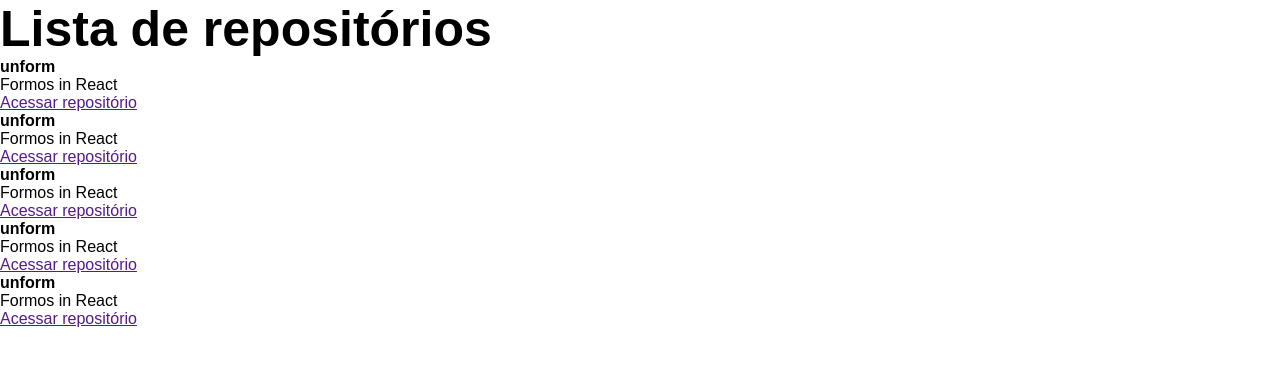
Repository: soualexandre/github-explore
Page: /
The author's editor kept a copy of each file at every save. The page is drawn from the files as they stood at one save, then again after the next save.
The browser window is 1280 px wide. The pictures show the whole page.
The project was rebuilt for these pictures with package versions that can differ from the ones it lists, and the page was loaded fresh each time. Also part of the build but not shown: webpack.config.js.

Above is the page before, as saved 2021-07-09 14:39:37.

### public/index.html
<!DOCTYPE html>
<html lang="en">
<head>
    <meta charset="UTF-8">
    <meta http-equiv="X-UA-Compatible" content="IE=edge">
    <meta name="viewport" content="width=device-width, initial-scale=1.0">
    <title>Github Explore</title>
</head>
<body>
    <div id="root"></div>
    <script src="../dist/bundle.js"></script>
</body>
</html>

### src/index.jsx
import {render} from 'react-dom'
import {App} from './App'
render(
    <App/>,
     document.getElementById("root"))

### src/App.jsx
import React from 'react'
import './atyles/global.scss'
import { RepositoryList } from './components/RepositoryList'

export function App(){
    return <RepositoryList/>
}

### src/atyles/global.scss
*{
    margin: 0;
    padding: 0;
    box-sizing: border-box;
}
body{
    font-family: Arial, Helvetica, sans-serif;
    h1{
        font-size: 50PX;
    }
}

### src/components/RepositoryList.jsx
export function RepositoryList() {
    return (
        <section>
            <h1>Lista de repositórios</h1>
            <ul>
                <li >
                    <strong>unform</strong>
                    <p>Formos in React</p>
                    <a href="">
                        Acessar repositório
                    </a>
                </li>
                <li >
                    <strong>unform</strong>
                    <p>Formos in React</p>
                    <a href="">
                        Acessar repositório
                    </a>
                </li>
                <li >
                    <strong>unform</strong>
                    <p>Formos in React</p>
                    <a href="">
                        Acessar repositório
                    </a>
                </li>
                <li >
                    <strong>unform</strong>
                    <p>Formos in React</p>
                    <a href="">
                        Acessar repositório
                    </a>
                </li>
                <li >
                    <strong>unform</strong>
                    <p>Formos in React</p>
                    <a href="">
                        Acessar repositório
                    </a>
                </li>
            </ul>
        </section>
    );
}

After the next save:
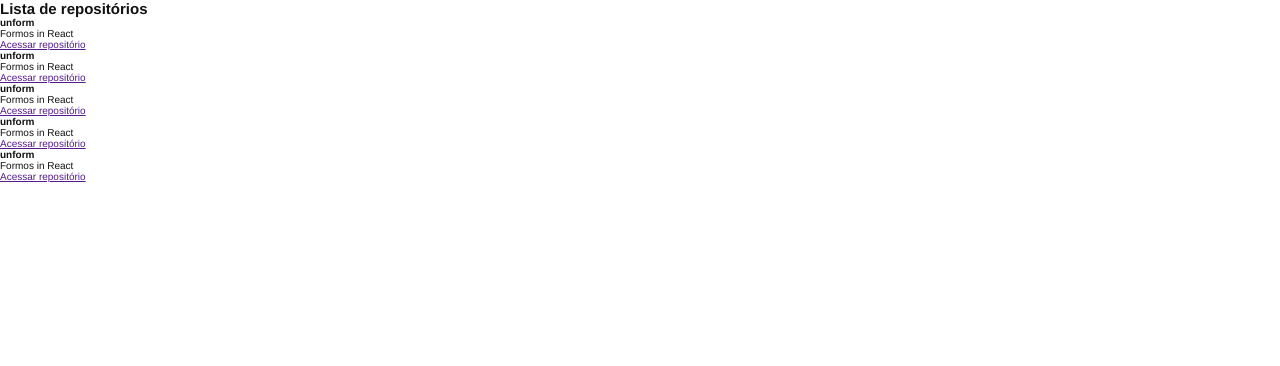
Saved 2 min 25 s later.
--- a/src/atyles/global.scss
+++ b/src/atyles/global.scss
@@ -4,8 +4,7 @@
     box-sizing: border-box;
 }
 body{
-    font-family: Arial, Helvetica, sans-serif;
-    h1{
-        font-size: 50PX;
-    }
+    font: 10px "Helvetica Neue", Arial, sans-serif;
+    color: #121214;
+
 }
